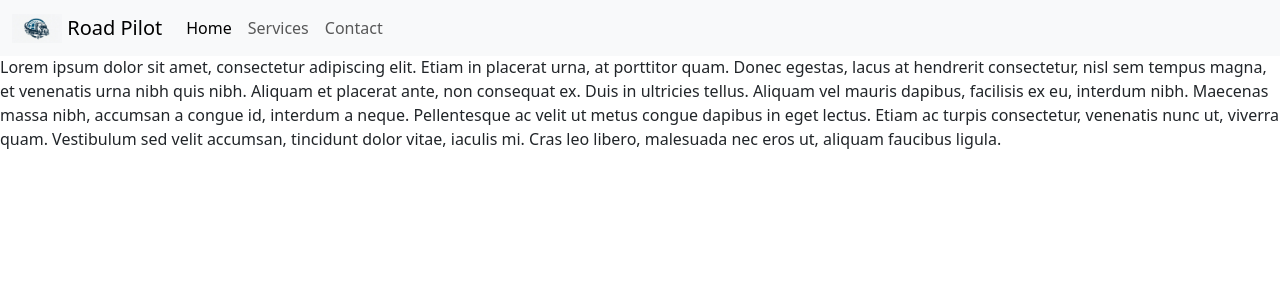
Repository: VictoriousMango/WebCreator
Page: index.html
These files come from the project's save history. The page is drawn as it stood at one moment and after the next save; the edit follows.
The browser window is 1280 px wide. The pictures show the whole page.

Above is the page before, as saved 2024-11-09 13:28:59.

### index.html
<!DOCTYPE html>
<html lang="en">

<head>
    <meta charset="UTF-8">
    <meta name="viewport" content="width=device-width, initial-scale=1.0">
    <title>Web Creator</title>
    <link href="https://cdn.jsdelivr.net/npm/bootstrap@5.3.3/dist/css/bootstrap.min.css" rel="stylesheet"
        integrity="sha384-QWTKZyjpPEjISv5WaRU9OFeRpok6YctnYmDr5pNlyT2bRjXh0JMhjY6hW+ALEwIH" crossorigin="anonymous">
    <link rel="stylesheet" href="./assets/css/index.css">
</head>

<body>
    <!-- Navbar -->
    <nav class="navbar navbar-expand-lg bg-body-tertiary">
        <div class="container-fluid">
            <a class="navbar-brand" href="#">
                <img src="./assets/images/Logo.png" alt="Logo" width="50px" class="d-inline-block align-text-top">
                Road Pilot
            </a>
            <button class="navbar-toggler" type="button" data-bs-toggle="collapse" data-bs-target="#navbarNav"
                aria-controls="navbarNav" aria-expanded="false" aria-label="Toggle navigation">
                <span class="navbar-toggler-icon"></span>
            </button>
            <div class="collapse navbar-collapse" id="navbarNav">
                <ul class="navbar-nav">
                    <li class="nav-item">
                        <a class="nav-link active" aria-current="page" href="#">Home</a>
                    </li>
                    <li class="nav-item">
                        <a class="nav-link" href="./pages/services.html">Services</a>
                    </li>
                    <li class="nav-item">
                        <a class="nav-link" href="./pages/contact.html">Contact</a>
                    </li>
                </ul>
            </div>
        </div>
    </nav>
    <!-- NavBar -->
    <main></main>
    <footer>
        Lorem ipsum dolor sit amet, consectetur adipiscing elit. Etiam in placerat urna, at porttitor quam. Donec egestas, lacus at hendrerit consectetur, nisl sem tempus magna, et venenatis urna nibh quis nibh. Aliquam et placerat ante, non consequat ex. Duis in ultricies tellus. Aliquam vel mauris dapibus, facilisis ex eu, interdum nibh. Maecenas massa nibh, accumsan a congue id, interdum a neque. Pellentesque ac velit ut metus congue dapibus in eget lectus. Etiam ac turpis consectetur, venenatis nunc ut, viverra quam. Vestibulum sed velit accumsan, tincidunt dolor vitae, iaculis mi. Cras leo libero, malesuada nec eros ut, aliquam faucibus ligula.
    </footer>
    <!-- Scripts -->
    <script src="https://cdn.jsdelivr.net/npm/bootstrap@5.3.3/dist/js/bootstrap.bundle.min.js"
        integrity="sha384-YvpcrYf0tY3lHB60NNkmXc5s9fDVZLESaAA55NDzOxhy9GkcIdslK1eN7N6jIeHz"
        crossorigin="anonymous"></script>
    <script src="https://cdn.jsdelivr.net/npm/@popperjs/core@2.11.8/dist/umd/popper.min.js"
        integrity="sha384-I7E8VVD/ismYTF4hNIPjVp/Zjvgyol6VFvRkX/vR+Vc4jQkC+hVqc2pM8ODewa9r"
        crossorigin="anonymous"></script>
    <script src="https://cdn.jsdelivr.net/npm/bootstrap@5.3.3/dist/js/bootstrap.min.js"
        integrity="sha384-0pUGZvbkm6XF6gxjEnlmuGrJXVbNuzT9qBBavbLwCsOGabYfZo0T0to5eqruptLy"
        crossorigin="anonymous"></script>
</body>

</html>

### assets/css/index.css
footer {
    position: relative;
    bottom: 1px;
    border: ;
}

After the next save:
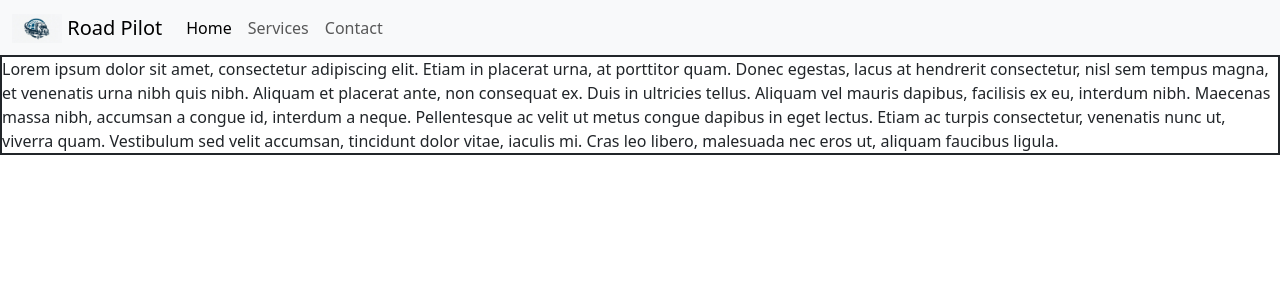
Saved 4 s later.
--- a/assets/css/index.css
+++ b/assets/css/index.css
@@ -1,5 +1,5 @@
 footer {
     position: relative;
     bottom: 1px;
-    border: ;
+    border: 2px solid;
 }
